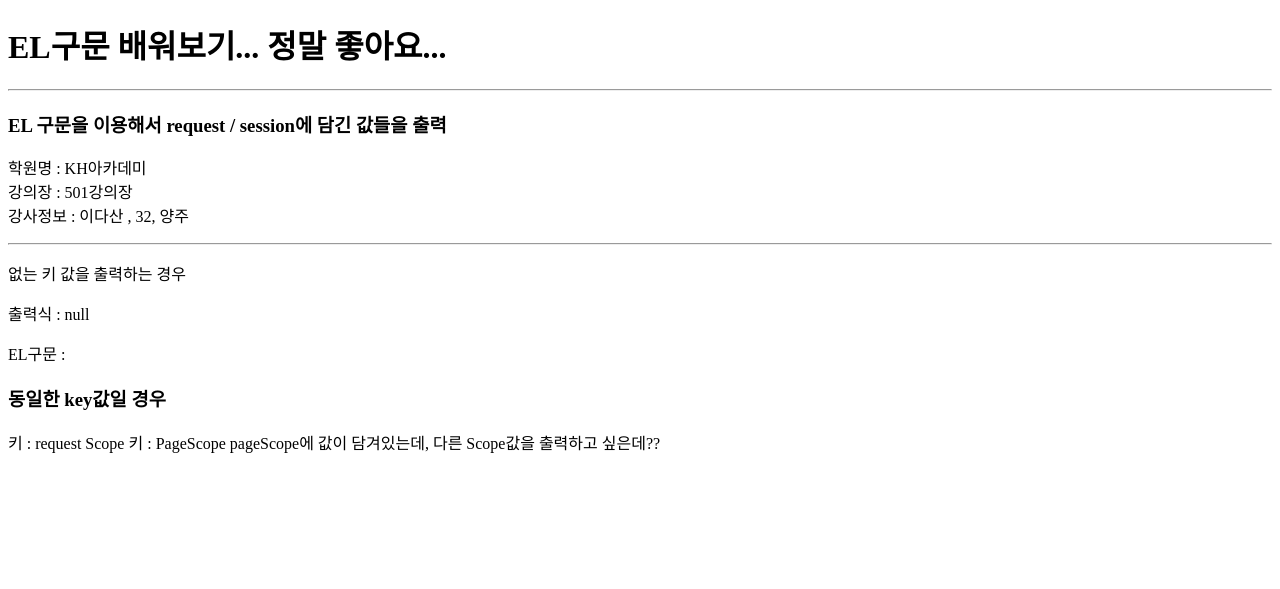
Repository: ham-zi/front-practice
Page: http://localhost/ActionProject/el.do
These files come from the project's save history. The page is drawn as it stood at one moment and after the next save; the edit follows.
The browser window is 1280 px wide. The pictures show the whole page.
The page is served by Tomcat 9.

Above is the page before, as saved 2026-05-06 06:15:09.

After the next save:
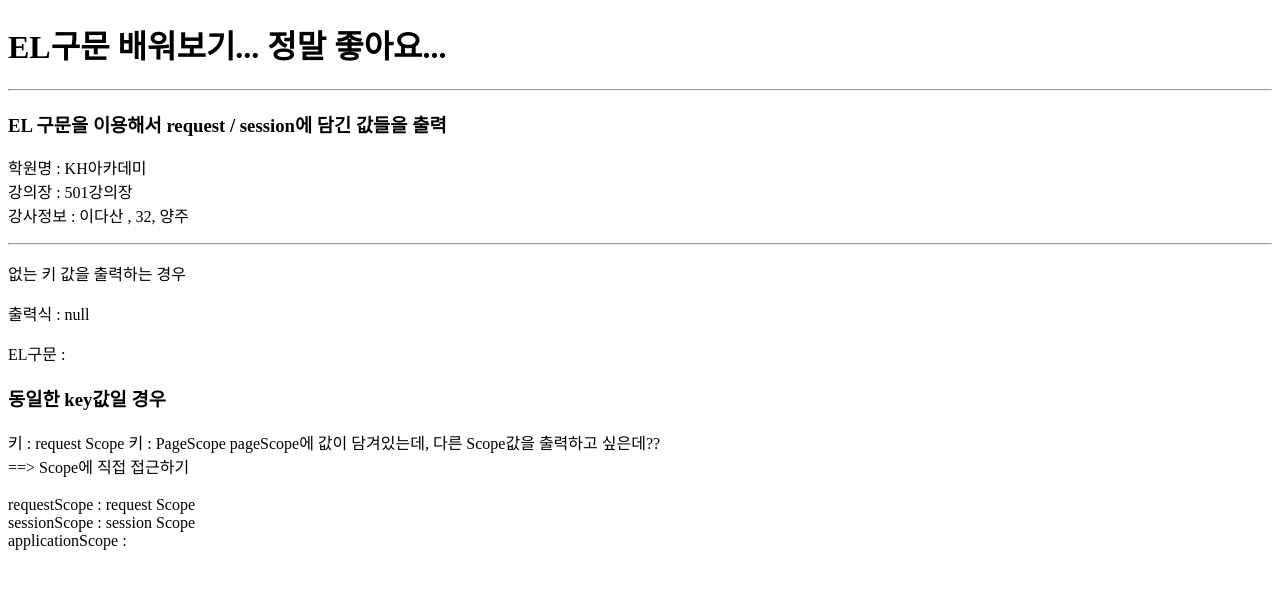
Saved 77 s later.
--- a/dynamic-workspace/ActionProject/src/main/webapp/WEB-INF/views/01_el.jsp
+++ b/dynamic-workspace/ActionProject/src/main/webapp/WEB-INF/views/01_el.jsp
@@ -99,6 +99,11 @@
 	 -->
 	 pageScope에 값이 담겨있는데, 다른 Scope값을 출력하고 싶은데??<br>
 
+	 ==> Scope에 직접 접근하기 <br><br>
+
+	 requestScope :  ${ requestScope.key }	<br>
+	 sessionScope :	 ${ sessionScope.key }	<br>
+	 applicationScope : ${ applicationScope.key } <br>
 
 
 
